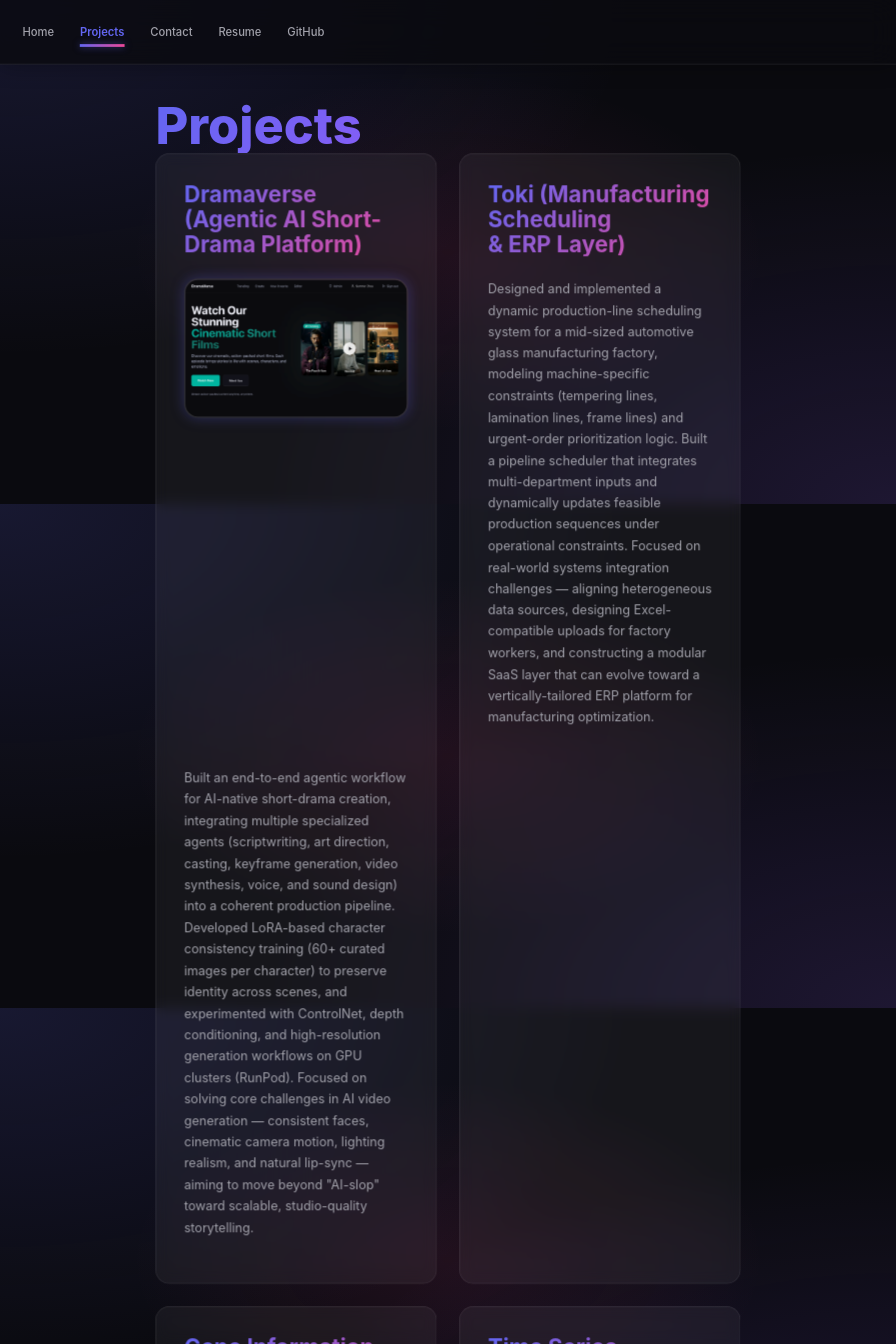
Repository: SummerZ27/personal-website
Page: projects/index.html
An editor plug-in stored every save of this project. The page is shown before and after the next save, followed by the edit.
The browser window is 1280 px wide. The pictures show the part of the page from y = 0 to 1920 px (the page is 2891 px tall before and 2843 px after), at 70% of full size.
Backgrounds fixed to the window are drawn as part of the page.

Above is the page before, as saved 2026-02-13 13:34:27.

### projects/index.html
<!DOCTYPE html>
<html lang="en">
<head>
    <meta charset="UTF-8">
    <meta name="viewport" content="width=device-width, initial-scale=1.0">
    <title>Projects - Summer Zhou</title>
    <link rel="stylesheet" href="../style.css">
</head>
<body>
    <nav>
        <a href="../index.html">Home</a>
        <a href="index.html" class="current">Projects</a>
        <a href="../contact/index.html">Contact</a>
        <a href="../files/resume.pdf" target="_blank">Resume</a>
        <a href="https://github.com/SummerZ27" target="_blank">GitHub</a>
    </nav>

    <main>
        <h1>Projects</h1>

        <div class="projects">
        <section>
        <h2>Dramaverse (Agentic AI Short-Drama Platform)</h2>
        <img src="../images/dramaverse.png" alt="Dramaverse AI Short-Drama Platform interface">
        <p>Built an end-to-end agentic workflow for AI-native short-drama creation, integrating multiple specialized agents (scriptwriting, art direction, casting, keyframe generation, video synthesis, voice, and sound design) into a coherent production pipeline. Developed LoRA-based character consistency training (60+ curated images per character) to preserve identity across scenes, and experimented with ControlNet, depth conditioning, and high-resolution generation workflows on GPU clusters (RunPod). Focused on solving core challenges in AI video generation — consistent faces, cinematic camera motion, lighting realism, and natural lip-sync — aiming to move beyond "AI-slop" toward scalable, studio-quality storytelling.</p>
    </section>

    <section>
        <h2>Toki (Manufacturing Scheduling & ERP Layer)</h2>
        <p>Designed and implemented a dynamic production-line scheduling system for a mid-sized automotive glass manufacturing factory, modeling machine-specific constraints (tempering lines, lamination lines, frame lines) and urgent-order prioritization logic. Built a pipeline scheduler that integrates multi-department inputs and dynamically updates feasible production sequences under operational constraints. Focused on real-world systems integration challenges — aligning heterogeneous data sources, designing Excel-compatible uploads for factory workers, and constructing a modular SaaS layer that can evolve toward a vertically-tailored ERP platform for manufacturing optimization.</p>
    </section>

    <section>
        <h2>Gene Information Web Application</h2>
        <p>Developed a full-stack bioinformatics web application that retrieves and aggregates gene-related data from Ensembl and MyGene APIs, including canonical mRNA/CDS sequences, GC content, and external resource links. Implemented batch query processing to significantly reduce API latency and structured logic to extract a unique, biologically relevant CDS per gene symbol among multiple transcript variants. Redesigned the UI with a structured grid layout and custom dark theme, integrating dynamic CSV-based external resources (NCBI, Google Scholar, Ensembl) to create a cohesive, research-oriented gene exploration interface.</p>
    </section>

    <section>
        <h2>Time Series Forecasting via Modified Transformer Attention Mechanism</h2>
        <p>Conducted research on hierarchical revenue forecasting for a medical device company, replacing standard Transformer attention with a modified attention-on-attention mechanism to better capture multi-level temporal dependencies and cross-series coherence. Experimented with linear models, LSTMs, and baseline Transformers before introducing architectural changes that reweighted temporal features and enforced hierarchical consistency through customized loss functions (MSE, weighted aggregation loss). Evaluated performance across granular revenue levels, focusing on improving long-horizon forecast stability and ratio alignment across product hierarchies.</p>
    </section>
        </div>
    </main>
</body>
</html>

### style.css
/* Modern CSS Reset & Base Styles */
* {
    margin: 0;
    padding: 0;
    box-sizing: border-box;
}

:root {
    --primary-color: #6366f1;
    --secondary-color: #8b5cf6;
    --accent-color: #ec4899;
    --bg-dark: #0a0a0f;
    --bg-card: rgba(255, 255, 255, 0.05);
    --text-primary: #ffffff;
    --text-secondary: #a1a1aa;
    --border-color: rgba(255, 255, 255, 0.1);
    --shadow-glow: 0 0 20px rgba(99, 102, 241, 0.3);
}

body {
    font-family: -apple-system, BlinkMacSystemFont, 'Segoe UI', 'Roboto', 'Oxygen', 'Ubuntu', 'Cantarell', sans-serif;
    font-size: 18px;
    line-height: 1.7;
    color: var(--text-primary);
    background: var(--bg-dark);
    background-image:
        radial-gradient(at 0% 0%, rgba(99, 102, 241, 0.15) 0px, transparent 50%),
        radial-gradient(at 100% 100%, rgba(139, 92, 246, 0.15) 0px, transparent 50%),
        radial-gradient(at 50% 50%, rgba(236, 72, 153, 0.1) 0px, transparent 50%);
    background-attachment: fixed;
    min-height: 100vh;
    padding: 0;
    margin: 0;
    overflow-x: hidden;
    scroll-behavior: smooth;
}

/* Animated background particles effect */
body::before {
    content: '';
    position: fixed;
    top: 0;
    left: 0;
    width: 100%;
    height: 100%;
    background-image:
        radial-gradient(2px 2px at 20% 30%, rgba(99, 102, 241, 0.3), transparent),
        radial-gradient(2px 2px at 60% 70%, rgba(139, 92, 246, 0.3), transparent),
        radial-gradient(1px 1px at 50% 50%, rgba(236, 72, 153, 0.3), transparent),
        radial-gradient(1px 1px at 80% 10%, rgba(99, 102, 241, 0.2), transparent),
        radial-gradient(2px 2px at 90% 80%, rgba(139, 92, 246, 0.2), transparent);
    background-size: 200% 200%;
    animation: particleMove 20s ease-in-out infinite;
    pointer-events: none;
    z-index: 0;
    opacity: 0.6;
}

@keyframes particleMove {
    0%, 100% { background-position: 0% 0%, 100% 100%, 50% 50%, 80% 10%, 90% 80%; }
    50% { background-position: 100% 0%, 0% 100%, 50% 50%, 20% 90%, 10% 20%; }
}

/* Main content wrapper */
body > * {
    position: relative;
    z-index: 1;
}

/* Navigation Styles */
nav {
    background: rgba(10, 10, 15, 0.8);
    backdrop-filter: blur(20px);
    border-bottom: 1px solid var(--border-color);
    padding: 1.5rem 2rem;
    margin-bottom: 0;
    position: sticky;
    top: 0;
    z-index: 100;
    box-shadow: 0 4px 30px rgba(0, 0, 0, 0.3);
    max-width: 100%;
}

nav a {
    display: inline-block;
    margin-right: 2rem;
    text-decoration: none;
    color: var(--text-secondary);
    font-weight: 500;
    font-size: 1rem;
    position: relative;
    transition: all 0.3s ease;
    padding: 0.5rem 0;
}

nav a::after {
    content: '';
    position: absolute;
    bottom: 0;
    left: 0;
    width: 0;
    height: 2px;
    background: linear-gradient(90deg, var(--primary-color), var(--accent-color));
    transition: all 0.3s ease;
}

/* Current page styling */
nav a.current {
    color: var(--primary-color);
    font-weight: 600;
}

nav a.current::after {
    width: 100%;
    height: 4px;
    background: linear-gradient(90deg, var(--primary-color), var(--accent-color));
    box-shadow: 0 0 10px rgba(99, 102, 241, 0.5);
}

/* Hover effects for non-current links */
nav a:not(.current):hover {
    color: var(--text-primary);
    transform: translateY(-2px);
}

nav a:not(.current):hover::after {
    width: 100%;
    height: 3px;
    box-shadow: 0 0 8px rgba(99, 102, 241, 0.4);
}

/* Hover effect for current page (subtle) */
nav a.current:hover {
    color: var(--accent-color);
    transform: translateY(-1px);
}

nav a.current:hover::after {
    height: 4px;
    box-shadow: 0 0 15px rgba(236, 72, 153, 0.6);
}

/* Container */
main {
    max-width: 900px;
    margin: 0 auto;
    padding: 3rem 2rem 2rem 2rem;
}

/* Header Section */
.header-section {
    display: flex;
    align-items: center;
    justify-content: space-between;
    gap: 2rem;
    margin-bottom: 2rem;
    flex-wrap: wrap;
}

/* Typography */
h1, h2, h3, h4, h5, h6 {
    line-height: 1.1;
    text-wrap: balance;
}

h1 {
    font-size: 400%;
    font-weight: 800;
    background: linear-gradient(135deg, var(--primary-color), var(--secondary-color), var(--accent-color));
    -webkit-background-clip: text;
    -webkit-text-fill-color: transparent;
    background-clip: text;
    margin-bottom: 0;
    animation: fadeInUp 0.8s ease;
    flex: 1;
    min-width: 300px;
}

h2 {
    font-size: 2rem;
    font-weight: 700;
    color: var(--text-primary);
    margin-bottom: 1rem;
    background: linear-gradient(135deg, var(--primary-color), var(--accent-color));
    -webkit-background-clip: text;
    -webkit-text-fill-color: transparent;
    background-clip: text;
}

h3 {
    font-size: 1.5rem;
    font-weight: 600;
    color: var(--text-primary);
    margin-bottom: 0.75rem;
}

p {
    color: var(--text-secondary);
    margin-bottom: 1.5rem;
    animation: fadeIn 1s ease;
}

/* Image Styles */
img {
    max-width: 100%;
    width: 100%;
    height: auto;
    border-radius: 20px;
    box-shadow: var(--shadow-glow);
    margin: 0;
    transition: all 0.4s ease;
    border: 2px solid var(--border-color);
    animation: fadeInScale 1s ease;
    flex-shrink: 0;
}

.header-section img {
    max-width: 350px;
}

img:hover {
    transform: scale(1.05) rotate(2deg);
    box-shadow: 0 0 40px rgba(99, 102, 241, 0.5);
}

/* Section Styles */
section {
    background: var(--bg-card);
    backdrop-filter: blur(10px);
    border: 1px solid var(--border-color);
    border-radius: 20px;
    padding: 2.5rem;
    margin-bottom: 2rem;
    transition: all 0.4s ease;
    position: relative;
    overflow: hidden;
    animation: fadeInUp 0.6s ease;
}

section::before {
    content: '';
    position: absolute;
    top: 0;
    left: -100%;
    width: 100%;
    height: 100%;
    background: linear-gradient(90deg, transparent, rgba(99, 102, 241, 0.1), transparent);
    transition: left 0.5s ease;
}

section:hover {
    transform: translateY(-5px);
    border-color: var(--primary-color);
    box-shadow: 0 10px 40px rgba(99, 102, 241, 0.2);
}

section:hover::before {
    left: 100%;
}

section h2 {
    margin-top: 0;
    margin-bottom: 0;
}

/* Projects Grid Layout */
.projects {
    display: grid;
    grid-template-columns: repeat(auto-fill, minmax(15em, 1fr));
    gap: 2rem;
}

.projects section {
    display: grid;
    grid-template-rows: subgrid;
    grid-row: span 3;
    margin-bottom: 0;
}

/* Article Styles */
article {
    margin-bottom: 2rem;
    padding: 1.5rem;
    background: rgba(255, 255, 255, 0.02);
    border-radius: 15px;
    border-left: 3px solid var(--primary-color);
    transition: all 0.3s ease;
}

article:hover {
    background: rgba(255, 255, 255, 0.05);
    transform: translateX(5px);
}

/* List Styles */
ul {
    list-style: none;
    padding-left: 0;
}

ul li {
    padding: 0.75rem 0;
    padding-left: 1.5rem;
    position: relative;
    color: var(--text-secondary);
}

ul li::before {
    content: '▹';
    position: absolute;
    left: 0;
    color: var(--primary-color);
    font-weight: bold;
}

/* Form Styles */
form {
    display: grid;
    grid-template-columns: auto 1fr;
    gap: 1em;
    background: var(--bg-card);
    backdrop-filter: blur(10px);
    border: 1px solid var(--border-color);
    border-radius: 20px;
    padding: 2.5rem;
    margin-top: 2rem;
    animation: fadeInUp 0.6s ease;
}

label {
    display: grid;
    grid-template-columns: subgrid;
    grid-column: 1 / -1;
    color: var(--text-primary);
    font-weight: 500;
    font-size: 1rem;
    align-items: center;
}

input[type="email"],
input[type="text"],
textarea {
    width: 100%;
    padding: 1rem;
    background: rgba(255, 255, 255, 0.05);
    border: 2px solid var(--border-color);
    border-radius: 10px;
    color: var(--text-primary);
    font-size: 1rem;
    font-family: inherit;
    transition: all 0.3s ease;
}

input[type="email"]:focus,
input[type="text"]:focus,
textarea:focus {
    outline: none;
    border-color: var(--primary-color);
    background: rgba(255, 255, 255, 0.08);
    box-shadow: 0 0 20px rgba(99, 102, 241, 0.3);
    transform: translateY(-2px);
}

textarea {
    min-height: 150px;
    resize: vertical;
}

button {
    grid-column: 1 / -1;
    background: linear-gradient(135deg, var(--primary-color), var(--secondary-color));
    color: white;
    border: none;
    padding: 1rem 2.5rem;
    font-size: 1.1rem;
    font-weight: 600;
    border-radius: 10px;
    cursor: pointer;
    transition: all 0.3s ease;
    box-shadow: 0 4px 15px rgba(99, 102, 241, 0.4);
    text-transform: uppercase;
    letter-spacing: 1px;
    justify-self: start;
}

button:hover {
    transform: translateY(-3px);
    box-shadow: 0 6px 25px rgba(99, 102, 241, 0.6);
    background: linear-gradient(135deg, var(--secondary-color), var(--accent-color));
}

button:active {
    transform: translateY(-1px);
}

/* Time element */
time {
    color: var(--accent-color);
    font-weight: 500;
    font-style: normal;
}

/* Animations */
@keyframes fadeIn {
    from {
        opacity: 0;
    }
    to {
        opacity: 1;
    }
}

@keyframes fadeInUp {
    from {
        opacity: 0;
        transform: translateY(30px);
    }
    to {
        opacity: 1;
        transform: translateY(0);
    }
}

@keyframes fadeInScale {
    from {
        opacity: 0;
        transform: scale(0.9);
    }
    to {
        opacity: 1;
        transform: scale(1);
    }
}

/* Stagger animations for sections */
section:nth-child(1) { animation-delay: 0.1s; }
section:nth-child(2) { animation-delay: 0.2s; }
section:nth-child(3) { animation-delay: 0.3s; }
section:nth-child(4) { animation-delay: 0.4s; }

/* Responsive Design */
@media (max-width: 768px) {
    body {
        padding: 1rem;
    }

    nav {
        padding: 1rem;
        text-align: center;
    }

    nav a {
        display: block;
        margin: 0.5rem 0;
        margin-right: 0;
    }

    .header-section {
        flex-direction: column;
        align-items: flex-start;
    }

    h1 {
        font-size: 2.5rem;
        margin-bottom: 1.5rem;
    }

    .header-section img {
        max-width: 300px;
        align-self: center;
    }

    h2 {
        font-size: 1.5rem;
    }

    section {
        padding: 1.5rem;
    }

    img {
        max-width: 100%;
    }
}

/* Scrollbar Styling */
::-webkit-scrollbar {
    width: 10px;
}

::-webkit-scrollbar-track {
    background: var(--bg-dark);
}

::-webkit-scrollbar-thumb {
    background: linear-gradient(180deg, var(--primary-color), var(--accent-color));
    border-radius: 5px;
}

::-webkit-scrollbar-thumb:hover {
    background: linear-gradient(180deg, var(--secondary-color), var(--primary-color));
}

After the next save:
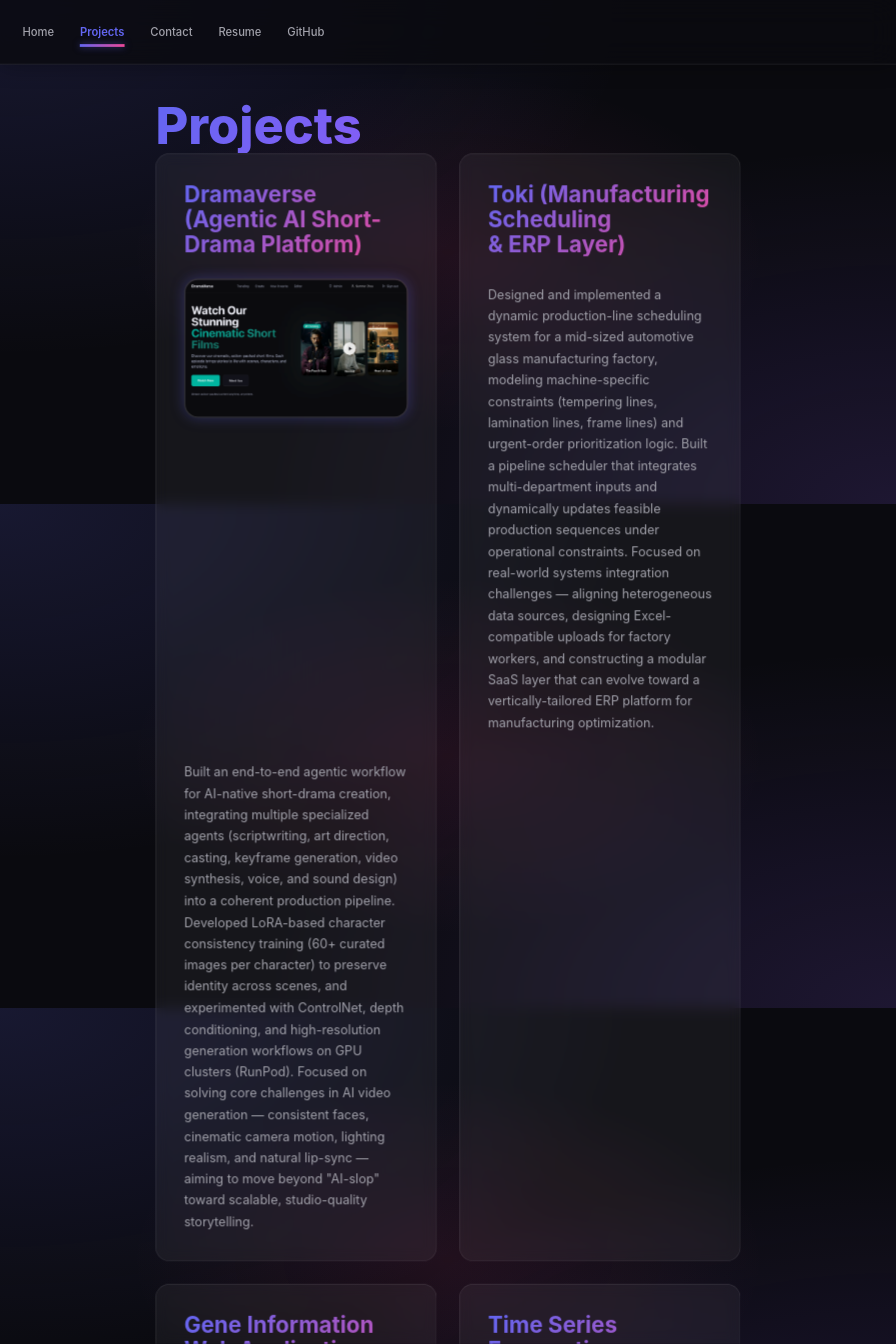
Saved 85 s later.
--- a/style.css
+++ b/style.css
@@ -266,7 +266,7 @@ section h2 {
 /* Projects Grid Layout */
 .projects {
     display: grid;
-    grid-template-columns: repeat(auto-fill, minmax(15em, 1fr));
+    grid-template-columns: repeat(auto-fill, minmax(18em, 1fr));
     gap: 2rem;
 }
 
@@ -274,6 +274,15 @@ section h2 {
     display: grid;
     grid-template-rows: subgrid;
     grid-row: span 3;
+    margin-bottom: 0;
+}
+
+.projects section img {
+    margin-bottom: 0.5rem;
+}
+
+.projects section p {
+    margin-top: 0.5rem;
     margin-bottom: 0;
 }
 
